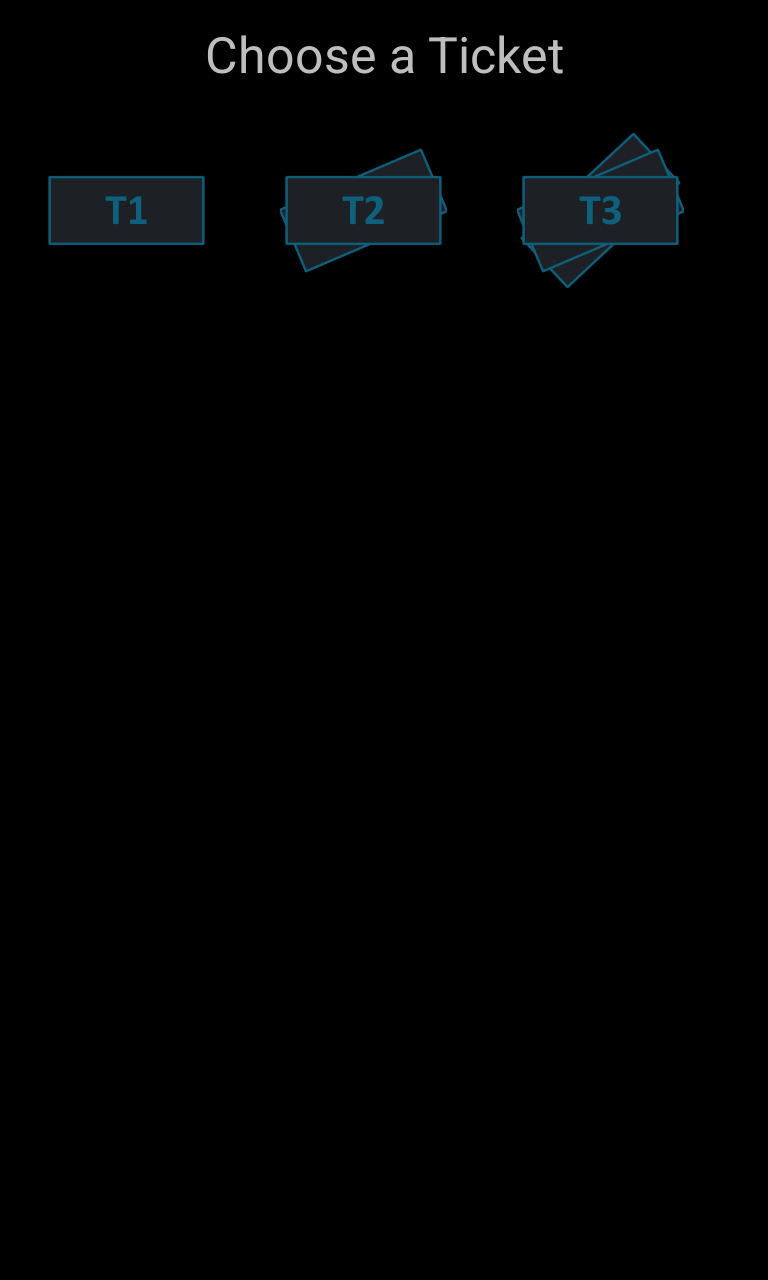
Repository: Nelspike/BusTicketer
Layout: PassengerMode/res/layout/fragment_show_tickets.xml
The author's editor kept a copy of each file at every save. The layout is drawn from the files as they stood at one save, then again after the next save.
It is drawn on a 768 x 1280 px phone screen (xhdpi) without system bars, with theme AppTheme; the app's code is not run.

Above is the layout before, as saved 2013-10-19 20:17:11.

After the next save:
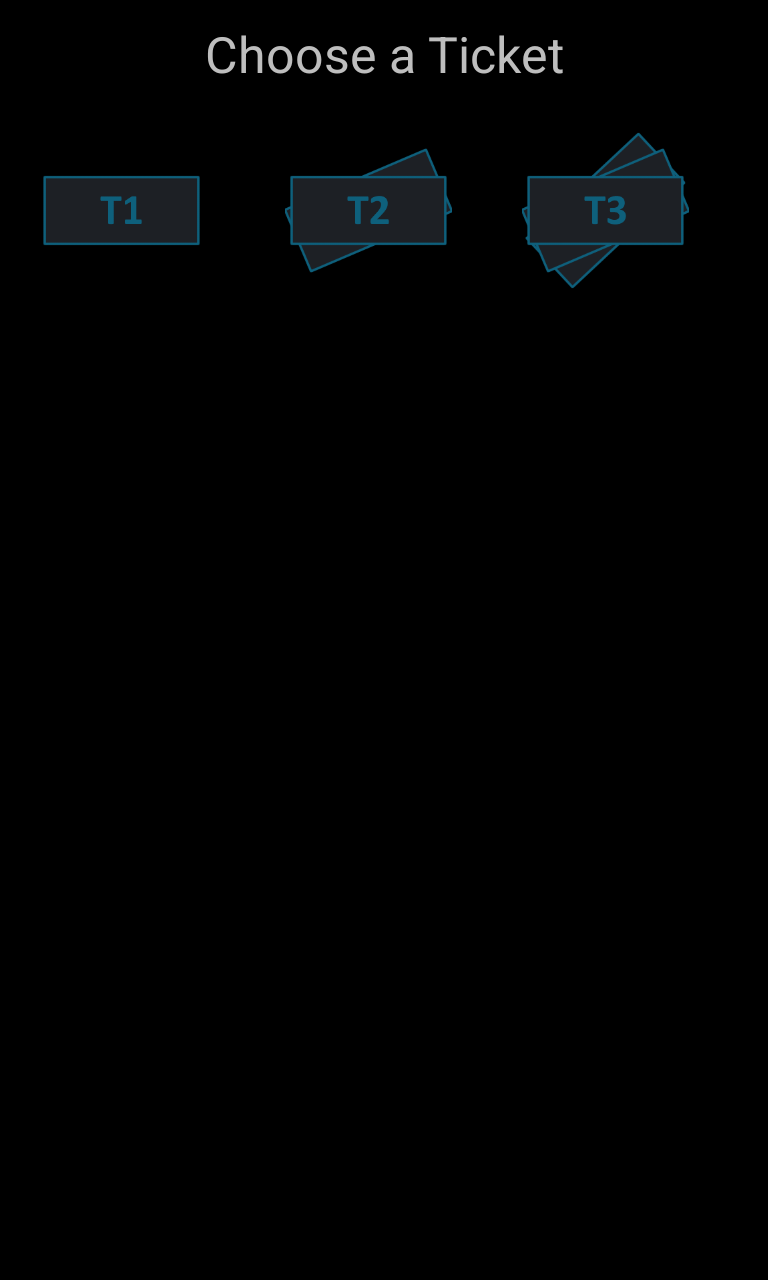
Saved 12 s later.
--- a/PassengerMode/res/layout/fragment_show_tickets.xml
+++ b/PassengerMode/res/layout/fragment_show_tickets.xml
@@ -28,6 +28,7 @@
 				android:button="@drawable/t1_selector"
 				android:layout_width="wrap_content"
 				android:layout_height="wrap_content"
+				android:paddingRight="5dp"
 		        android:paddingLeft="35dp"/>
 
 			<RadioButton
